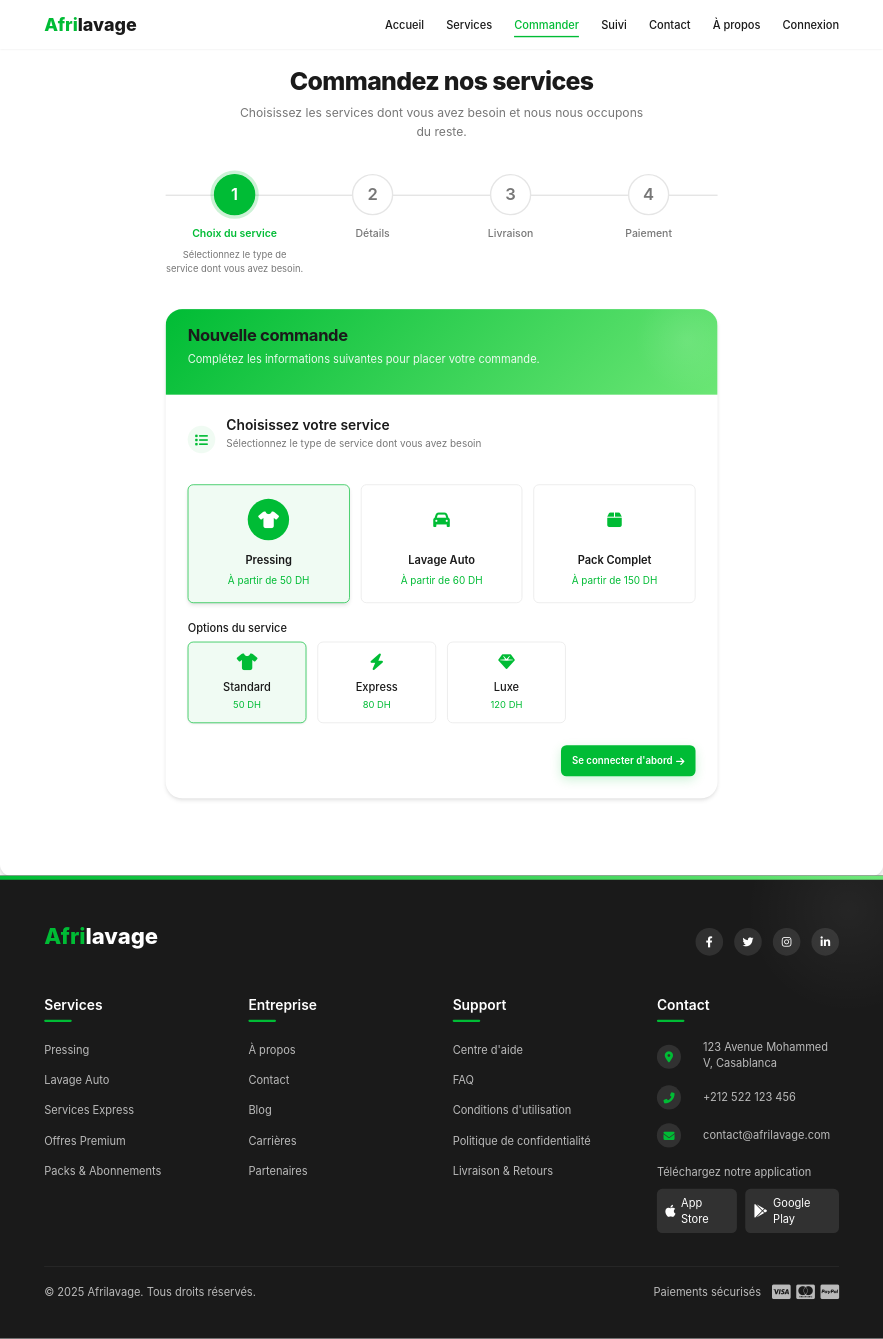
Repository: idir2023/afrilavage
Page: http://localhost/order?service=pressing
An editor plug-in stored every save of this project. The page is shown before and after the next save, followed by the edit.
The browser window is 1280 px wide. The pictures show the whole page, at 69% of full size.
The page is served by the project's Laravel application, run on PHP 8.4 with Laravel 12. Queries for data that is not in the repository find no rows.

Above is the page before, as saved 2025-06-20 15:23:14.

After the next save:
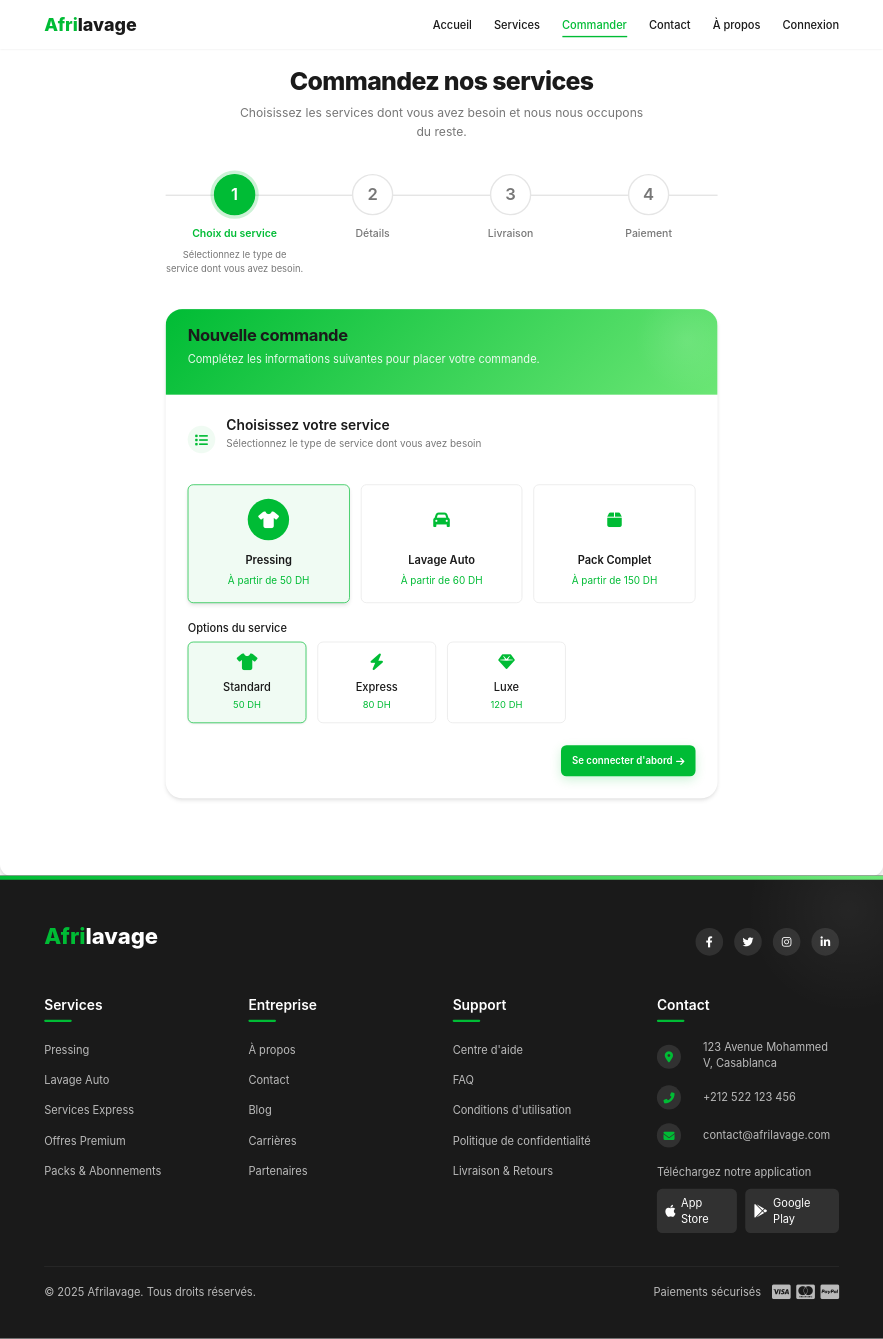
Saved 4 min 0 s later.
--- a/resources/views/clients/layouts/header.blade.php
+++ b/resources/views/clients/layouts/header.blade.php
@@ -20,10 +20,10 @@
                      <a href="{{ route('order') }}"
                          class="nav-link {{ request()->routeIs('order') ? 'active' : '' }}">Commander</a>
                  </li>
-                 <li class="nav-item">
+                 {{-- <li class="nav-item">
                      <a href="{{ route('tracking') }}"
                          class="nav-link {{ request()->routeIs('tracking') ? 'active' : '' }}">Suivi</a>
-                 </li>
+                 </li> --}}
                  <li class="nav-item">
                      <a href="{{ route('contact') }}"
                          class="nav-link {{ request()->routeIs('contact') ? 'active' : '' }}">Contact</a>
